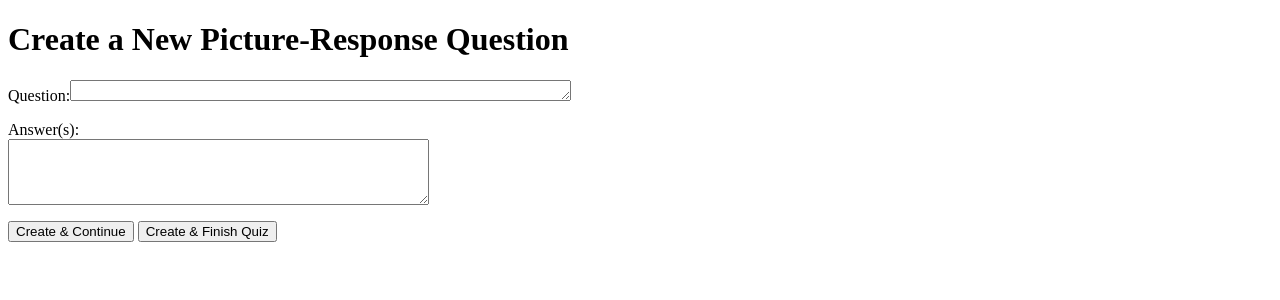
Repository: sarahhtn/CS108_final_project
Page: QuizWebsite/WebContent/CreatePR.html
The author's editor kept a copy of each file at every save. The page is drawn from the files as they stood at one save, then again after the next save.
The browser window is 1280 px wide. The pictures show the whole page.

Above is the page before, as saved 2013-11-16 21:45:38.

### QuizWebsite/WebContent/CreatePR.html
<!DOCTYPE html PUBLIC "-//W3C//DTD HTML 4.01 Transitional//EN" "http://www.w3.org/TR/html4/loose.dtd">
<html>
<head>
<meta http-equiv="Content-Type" content="text/html; charset=UTF-8">
<title>New Picture-Response Question</title>
</head>
<body>
<h1>Create a New Picture-Response Question</h1>

<form action="QRServlet" method="post">
<p>Question:<textarea rows = "1" cols = "60" name="question"></textarea> </p>
<p>Answer(s): <br> <textarea rows = "4" cols = "50" name="answer"></textarea> </p>
<input type="submit" value="Create & Continue"/>
<input type="submit" value="Create & Finish Quiz"/>
</form>

</body>
</html>

After the next save:
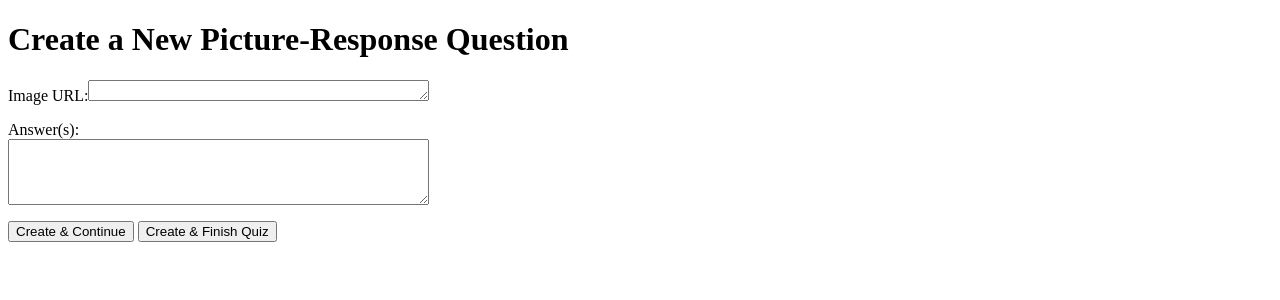
Saved 51 s later.
--- a/QuizWebsite/WebContent/CreatePR.html
+++ b/QuizWebsite/WebContent/CreatePR.html
@@ -8,7 +8,7 @@
 <h1>Create a New Picture-Response Question</h1>
 
 <form action="QRServlet" method="post">
-<p>Question:<textarea rows = "1" cols = "60" name="question"></textarea> </p>
+<p>Image URL:<textarea rows = "1" cols = "40" name="question"></textarea> </p>
 <p>Answer(s): <br> <textarea rows = "4" cols = "50" name="answer"></textarea> </p>
 <input type="submit" value="Create & Continue"/>
 <input type="submit" value="Create & Finish Quiz"/>
